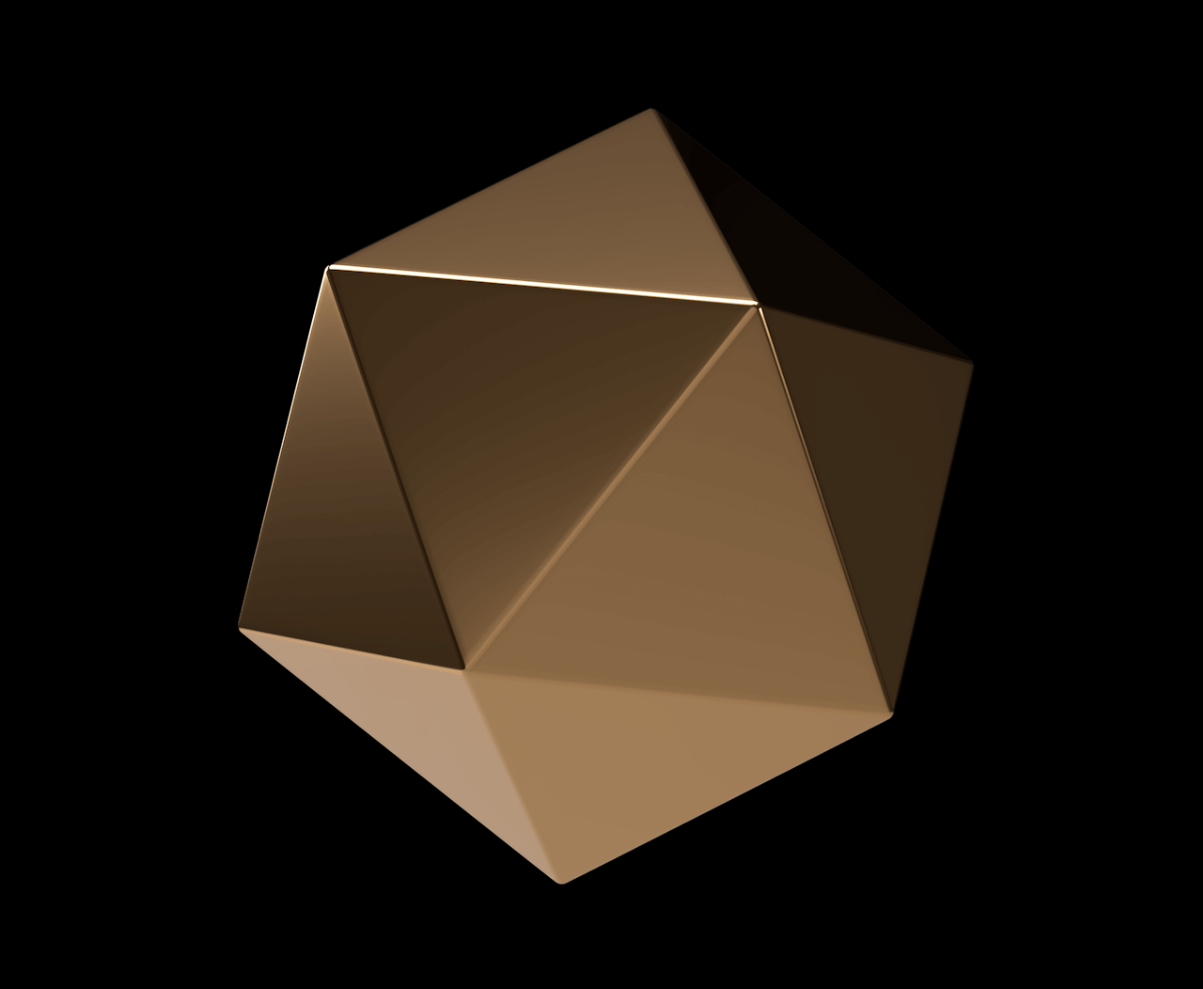
Repository: Himani0002/Scroll-Trigger
Page: index.html
The author's editor kept a copy of each file at every save. The page is drawn from the files as they stood at one save, then again after a run of saves.
The browser window is 1280 px wide. The pictures show the whole page, at 94% of full size.
Some web libraries are served in a nearby version.

Above is the page before, as saved 2024-11-15 21:20:26.

### index.html
<!DOCTYPE html>
<html lang="en">

<head>
  <meta charset="UTF-8">
  <meta name="viewport" content="width=device-width, initial-scale=1.0">
  <script src="https://cdn.tailwindcss.com"></script>
  <title>Document</title>
  <style>
    * {
      padding: 0;
      margin: 0;
      box-sizing: border-box;
    }

    html,
    body {
      height: 100%;
      width: 100%;
      background-color: black;
    }
  </style>
</head>
<main class="w-full flex flex-col gap-4 items-center pt-[15vh]">
  <div class="card">
    <img src="./image/1.png" class="" alt="">
    <h1 class="text-5xl">
      The<br>
      <span class="font-bold">Algorithm</span>
    </h1>
  </div>

</main>

<body>

</body>

</html>

After the next 3 saves:
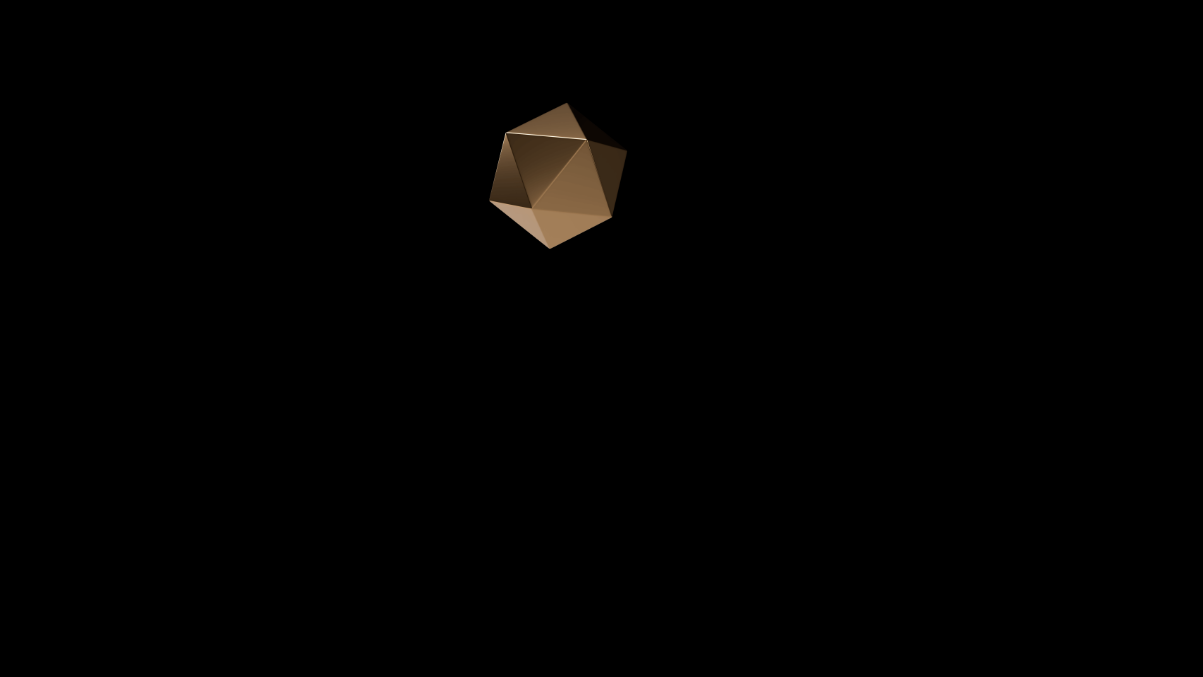
The 3 saves are shown as one change because they came seconds apart.
The last was saved 16 s later.
--- a/index.html
+++ b/index.html
@@ -23,7 +23,7 @@
 </head>
 <main class="w-full flex flex-col gap-4 items-center pt-[15vh]">
   <div class="card">
-    <img src="./image/1.png" class="" alt="">
+    <img src="./image/1.png" class="w-[150px]" alt="">
     <h1 class="text-5xl">
       The<br>
       <span class="font-bold">Algorithm</span>
